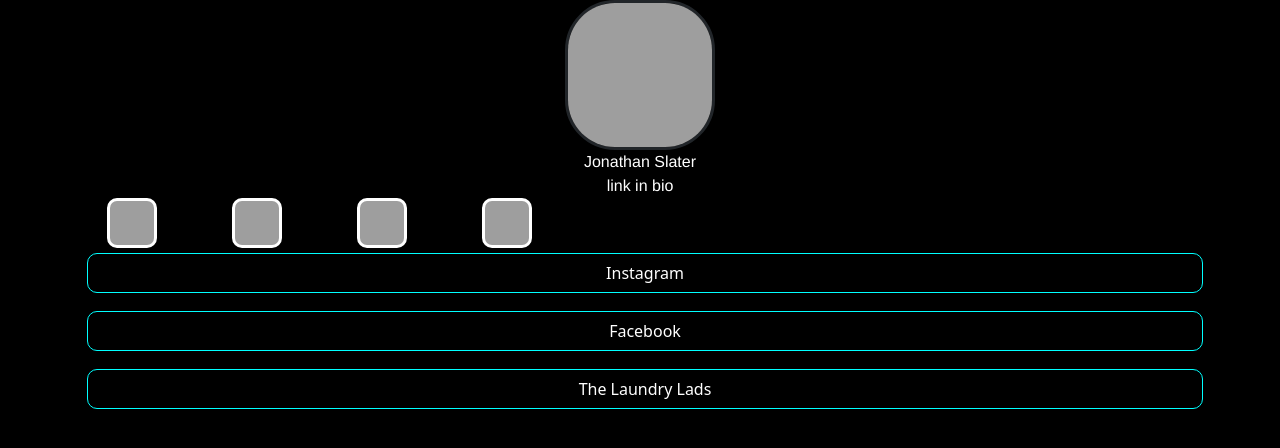
Repository: jontslater/LAB-link-in-bio
Page: index.html
The author's editor kept a copy of each file at every save. The page is drawn from the files as they stood at one save, then again after the next save.
The browser window is 1280 px wide. The pictures show the whole page.
Pictures or frames that could not be fetched are drawn as grey boxes.

Above is the page before, as saved 2023-10-15 15:24:17.

After the next save:
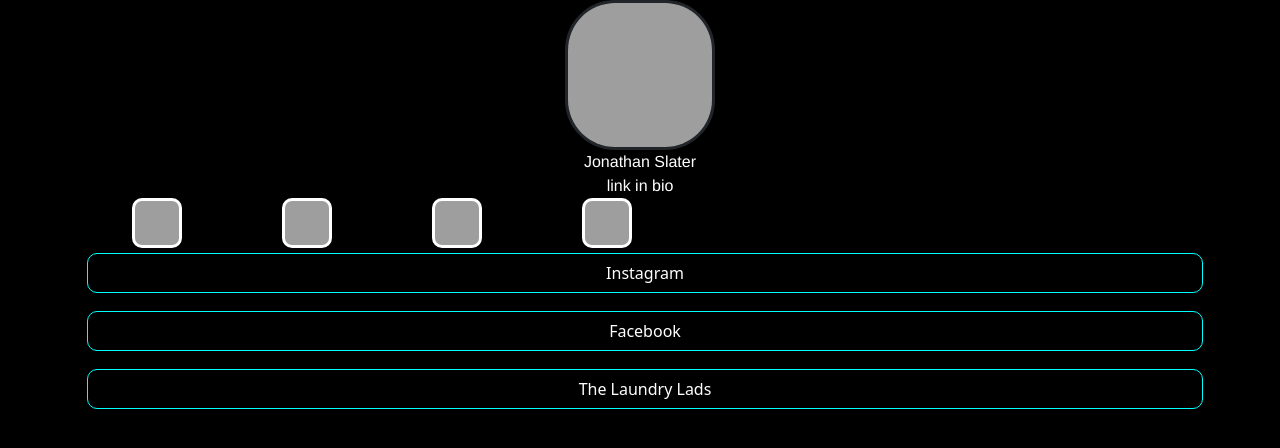
Saved 8 s later.
--- a/main.css
+++ b/main.css
@@ -48,6 +48,6 @@
 }
 
 .side {
-  margin-left: 25px;
+  margin-left: 50px;
   margin-right: 50px;
 }
